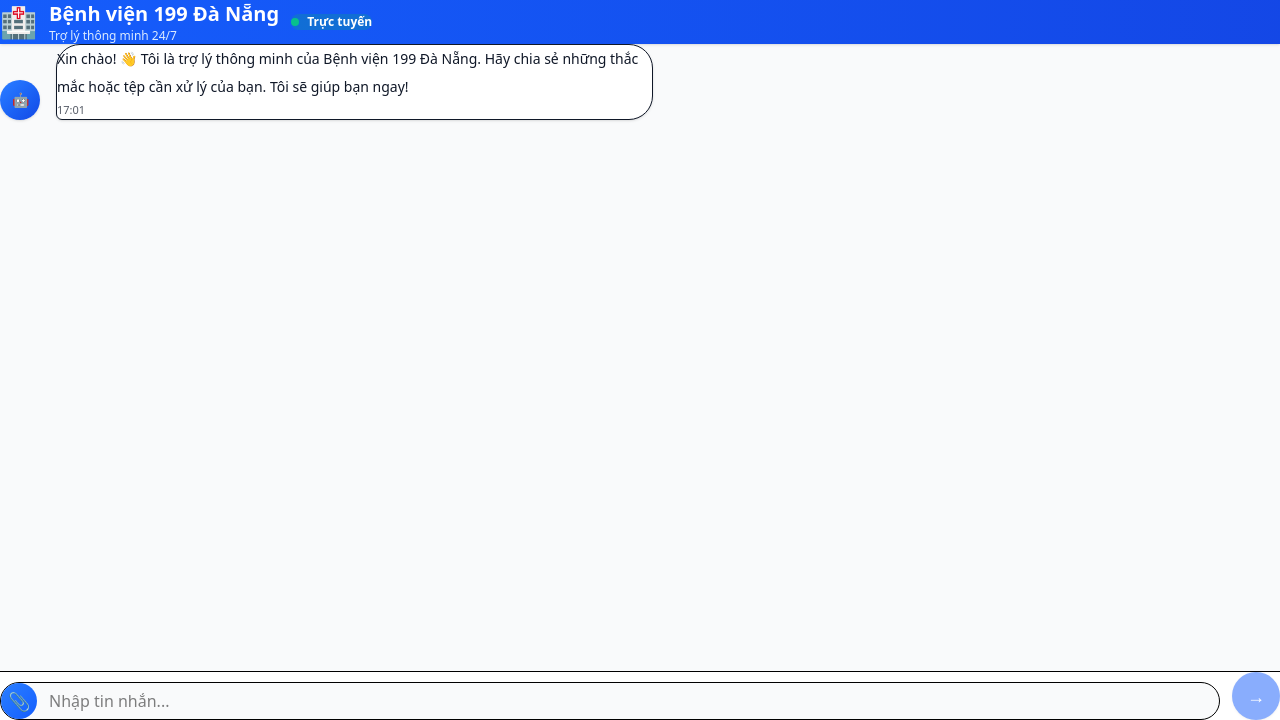
Repository: France2003/B-nh_Vi-n_199
Page: /
An editor plug-in stored every save of this project. The page is shown before and after the next save, followed by the edit.
The browser window is 1280 px wide. The pictures show the whole page.
The project was rebuilt for these pictures with package versions that can differ from the ones it lists, and the page was loaded fresh each time. Also part of the build but not shown: vite.config.ts, src/App.css, src/components/FilePreview.tsx.

Above is the page before, as saved 2026-01-10 12:01:12.

After the next save:
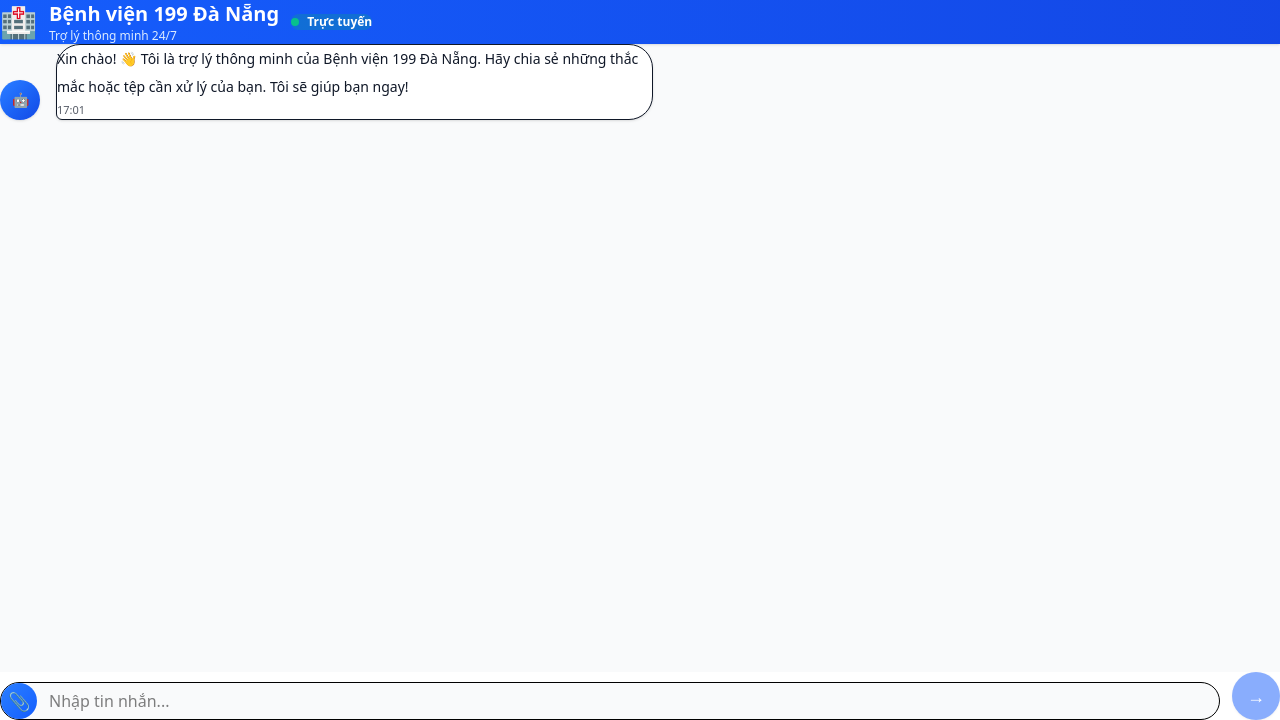
Saved 12 s later.
--- a/src/components/ChatBot.tsx
+++ b/src/components/ChatBot.tsx
@@ -103,7 +103,7 @@
       </div>
 
       {/* INPUT */}
-      <div className="border-t bg-white py-4">
+      <div className="bg-white py-4">
         <div className="w-full px-4 sm:px-10 lg:px-20">
           {uploadedFiles.length > 0 && (
             <FilePreview
